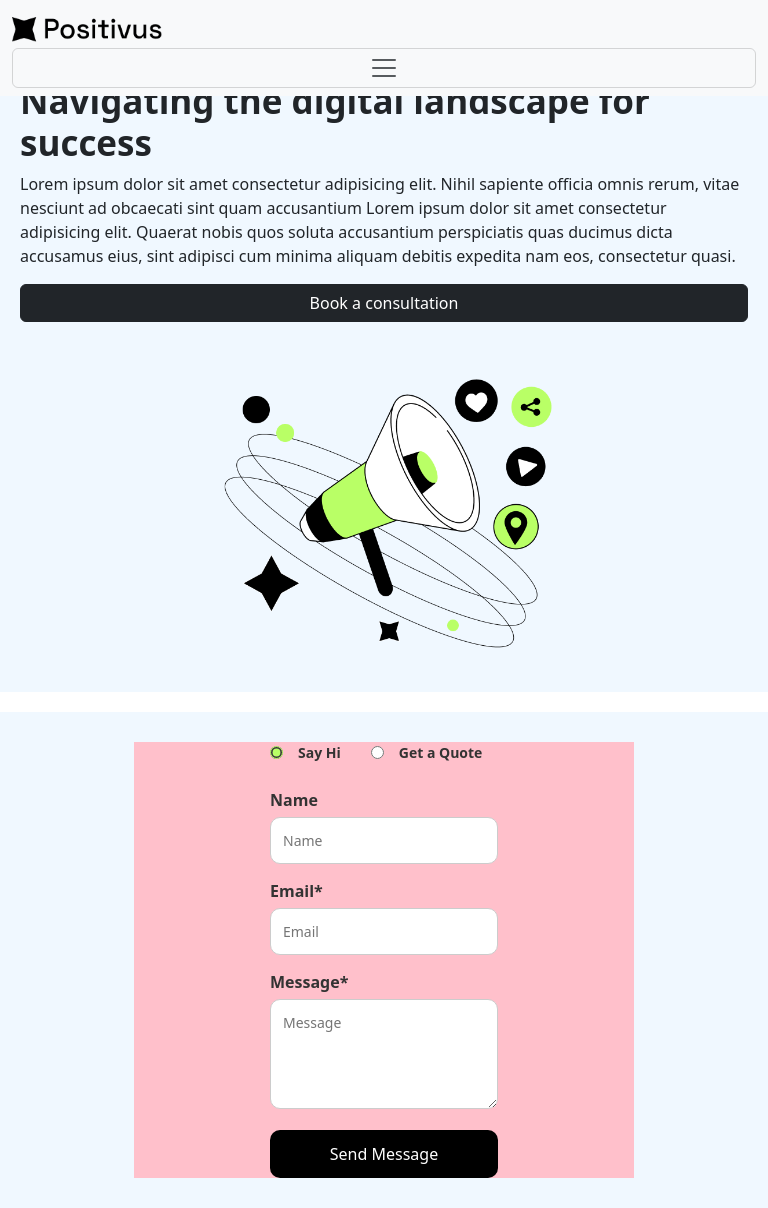
Repository: inshaabbas/CSS-Hackathon-SMIT
Page: index.html
An editor plug-in stored every save of this project. The page is shown before and after the next save, followed by the edit.
The browser window is 768 px wide. The pictures show the whole page.

Above is the page before, as saved 2025-06-25 10:22:53.

### index.html
<!DOCTYPE html>
<html lang="en">
<head>
    <meta charset="UTF-8">
    <meta name="viewport" content="width=device-width, initial-scale=1.0">
    <title>CSS Hackathon</title>
    <!-- Bootstrap CDN -->
     <link href="https://cdn.jsdelivr.net/npm/bootstrap@5.3.7/dist/css/bootstrap.min.css" rel="stylesheet" integrity="sha384-LN+7fdVzj6u52u30Kp6M/trliBMCMKTyK833zpbD+pXdCLuTusPj697FH4R/5mcr" crossorigin="anonymous">
    <!-- Font Awesome CDN -->
     <link rel="stylesheet" href="https://cdnjs.cloudflare.com/ajax/libs/font-awesome/6.7.2/css/all.min.css" integrity="sha512-Evv84Mr4kqVGRNSgIGL/F/aIDqQb7xQ2vcrdIwxfjThSH8CSR7PBEakCr51Ck+w+/U6swU2Im1vVX0SVk9ABhg==" crossorigin="anonymous" referrerpolicy="no-referrer"/>
    <!-- External Style Sheet -->
     <link rel="stylesheet" href="./style.css">
</head>
<body>
    <!-- Header Section Starts -->
    <header class="container-xxl">
      <div class="fixed-top">
         <nav class="navbar navbar-expand-lg bg-body-tertiary">
  <div class="container-fluid">
    <a class="navbar-brand" href="#"><img src="./Assets/logo.png" alt="Logo" width="150px"></a>
    <button class="navbar-toggler" type="button" data-bs-toggle="collapse" data-bs-target="#navbarSupportedContent" aria-controls="navbarSupportedContent" aria-expanded="false" aria-label="Toggle navigation">
      <span class="navbar-toggler-icon"></span>
    </button>
    <div class="collapse navbar-collapse" id="navbarSupportedContent">
      <ul class="navbar-nav ms-auto me-3 gap-4 mb-2 mb-lg-0">
        <li class="nav-item">
          <a class="nav-link active" aria-current="page" href="#">Aboutus</a>
        </li>
        <li class="nav-item">
          <a class="nav-link active" href="#">Services</a>
        </li>
        <li class="nav-item">
          <a class="nav-link active" aria-disabled="true">User Cases</a>
        </li>
        <li class="nav-item">
          <a class="nav-link active" aria-current="page" href="#">Pricing</a>
        </li>
        <li class="nav-item">
          <a class="nav-link active" aria-current="page" href="#">Blog</a>
        </li>
      </ul>
        <button class="btn btn-outline-dark" type="submit">Request a Quote</button>
      </form>
    </div>
  </div>
</nav>
      </div>
    </header>
    <!-- Header Section Ends -->

    <!-- Hero Section Starts -->
     <section class="hero-sec container-xxl">
        <div class="hero-text">
            <h2>Navigating the digital landscape for success</h2>
            <p>Lorem ipsum dolor sit amet consectetur adipisicing elit. Nihil sapiente officia omnis rerum, vitae nesciunt ad obcaecati sint quam accusantium Lorem ipsum dolor sit amet consectetur adipisicing elit. Quaerat nobis quos soluta accusantium perspiciatis quas ducimus dicta accusamus eius, sint adipisci cum minima aliquam debitis expedita nam eos, consectetur quasi.</p>
            <button type="button" class="btn btn-dark">Book a consultation</button>
        </div>
        <div class="hero-img">
            <img src="./Assets/hero-sec-img.png" alt="Hero Section Img" width="450px" height="330px">
        </div>
     </section>
    <!-- Hero Section Ends -->

     <!-- Contact section Starts -->
     <section class="contact-section container-xxl">
      <div class="contact-form">
        <form>
          <div class="radio-group">
            <label><input type="radio" name="purpose" checked>Say Hi</label>
            <label><input type="radio" name="purpose"> Get a Quote</label>
          </div>

          <div class="form-group">
            <label for="name">Name</label>
            <input type="text" id="name" name="name" placeholder="Name" required>
          </div>

          <div class="form-group">
            <label for="email">Email*</label>
            <input type="email" id="email" name="email" placeholder="Email" required>
          </div>

          <div class="form-group">
            <label for="message">Message*</label>
            <textarea id="message" name="message" placeholder="Message" rows="4" required></textarea>
          </div>

          <button type="submit">Send Message</button>
        </form>
       </div>
      <div class="contact-image">
        <img src="./Assets/Contact-img.png" alt="Contact img" width="400px">
      </div>
     </section>







<script src="https://cdn.jsdelivr.net/npm/@popperjs/core@2.11.8/dist/umd/popper.min.js" integrity="sha384-I7E8VVD/ismYTF4hNIPjVp/Zjvgyol6VFvRkX/vR+Vc4jQkC+hVqc2pM8ODewa9r" crossorigin="anonymous"></script>
<script src="https://cdn.jsdelivr.net/npm/bootstrap@5.3.7/dist/js/bootstrap.min.js" integrity="sha384-7qAoOXltbVP82dhxHAUje59V5r2YsVfBafyUDxEdApLPmcdhBPg1DKg1ERo0BZlK" crossorigin="anonymous"></script>
</body>
</html>

### style.css
.hover-img{
    transition: transform 0.3s ease;
}

.hover-img:hover{
    transform: scale(1.1);
}

.hero-sec{
    display: flex;
    justify-content: space-around;
    align-items: center;
    padding: 20px;
    height: 500px;
    background-color: aliceblue;
    padding-top: 80px;
}

.hero-text{
    width: 50%;
}

.hero-text h2{
    font-size: 35px;
    font-weight: bold;
}

@media screen and (max-width: 1010px) {
    .hero-img img{
        width: 350px;
        height: 300px;
    }
    .hero-sec{
        height: auto;
    }
}

@media screen and (max-width: 800px){
    .hero-sec{
        flex-direction: column;
        gap: 50px;
    }

    .hero-text{
    width: 100%;
}
}

/* Hero Section End */

/* Contact Section Starts */

.contact-section{
    display: flex;
    justify-content: space-between;
    /* height: 400px; */
    height: auto;
    background-color: aliceblue;
    margin-top: 20px;
    padding: 60px 0px 40px 20px
}

.contact-form{
    width: 100%;
    margin-left: 40px;
}

.radio-group {
  display: flex;
  gap: 30px;
  margin-bottom: 20px;
  font-size: 14px;
}

.radio-group label{
  display: flex;
  align-items: center;
  gap: 15px;
  font-size: 14px;
  color: #333;
  cursor: pointer;
  /* width: 100px; */
  white-space: nowrap
}


input[type="radio"] {
  accent-color: #b9ff66;
}

.form-group {
  margin-bottom: 15px;
}

label {
  display: block;
  margin-bottom: 5px;
  font-weight: bold;
  color: #333;
}

input,
textarea {
  width: 100%;
  max-width: 500px;
  padding: 12px;
  font-size: 14px;
  border: 1px solid #ccc;
  border-radius: 10px;
  box-sizing: border-box;
}

button {
  background-color: #000;
  color: #fff;
  border: none;
  padding: 12px;
  width: 100%;
  max-width: 500px;
  border-radius: 10px;
  font-size: 16px;
  cursor: pointer;
  transition: background-color 0.3s;
}

button:hover {
  background-color: #333;
}

.contact-image {
  flex: 1;
  text-align: right;
  min-width: 300px;
  overflow-x: hidden;
}

@media screen and (max-width: 890px){
    .contact-image img {
        display: none;
    }

    .contact-section {
        flex-direction: column;
        align-items: center;
        padding: 30px 20px;
    }

    .contact-form {
        margin-left: 0;
        width: 100%;
        max-width: 500px;
        display: flex;
        flex-direction: column;
        align-items: center;
        background-color: pink;
    }

    .form-group,
    input,
    textarea,
    button {
        max-width: 100%;
    }
}

After the next save:
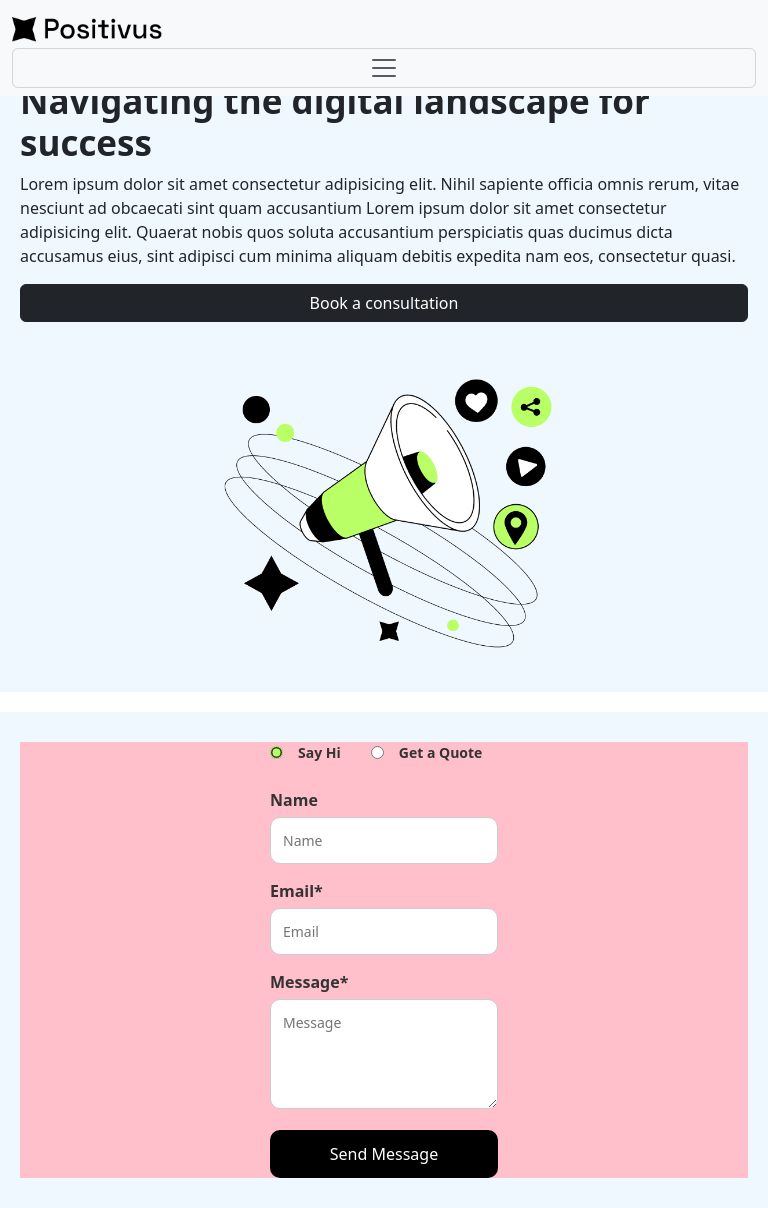
Saved 9 s later.
--- a/style.css
+++ b/style.css
@@ -148,7 +148,6 @@ button:hover {
     .contact-form {
         margin-left: 0;
         width: 100%;
-        max-width: 500px;
         display: flex;
         flex-direction: column;
         align-items: center;
